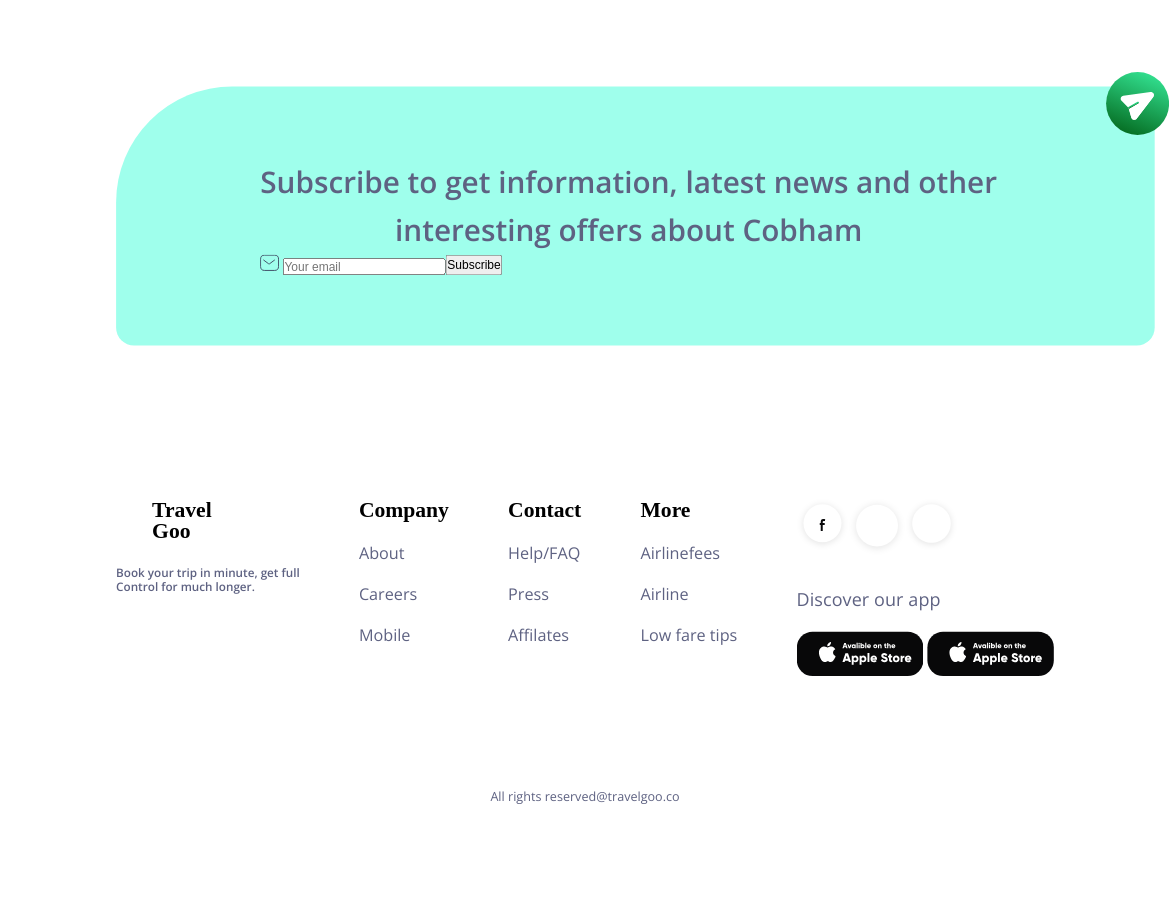
Repository: HeybetzadeQedim/task-5
Page: index.html
These files come from the project's save history. The page is drawn as it stood at one moment and after the next save; the edit follows.
The browser window is 1280 px wide. The page is 1299 px wide, so the pictures cover 1299 px, including what lies to the right of the window. The pictures show the whole page, at 90% of full size.
Some web fonts or font styles are not loaded; a fallback is used.

Above is the page before, as saved 2023-10-16 16:16:24.

After the next save:
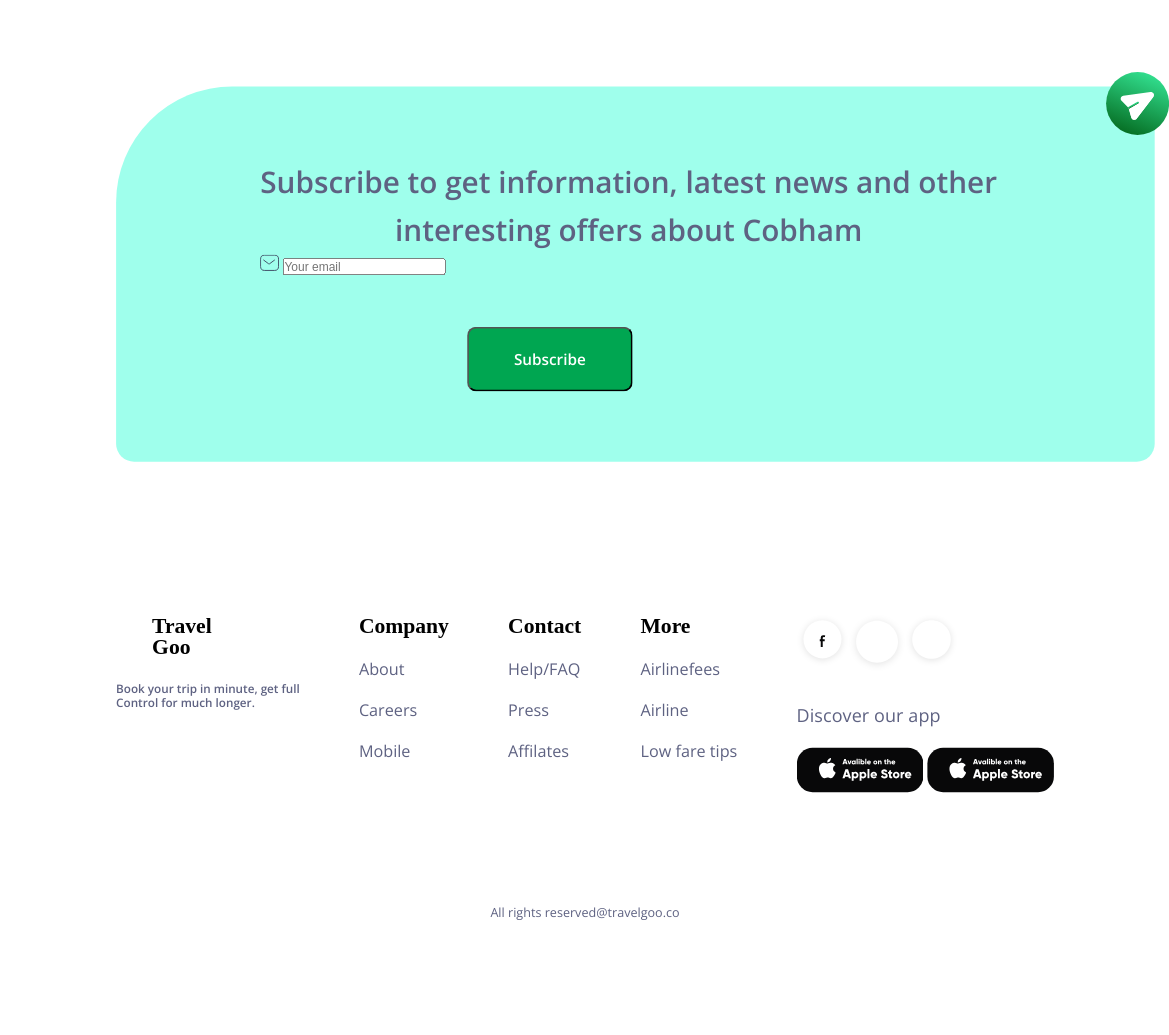
Saved 7 s later.
--- a/index.css
+++ b/index.css
@@ -152,3 +152,19 @@ ul li {
 form{
   display: flex;
 }
+
+form button{
+  margin-top: 80px;
+  margin-left: 24px;
+  padding: 22px 50px 23px 50px;
+  border-radius: 10px;
+  background-color: #00a651;
+  display: inline-block;
+  color: var(--white, #fff);
+  text-align: center;
+  font-family: Open Sans;
+  font-size: 17px;
+  font-style: normal;
+  font-weight: 600;
+  line-height: normal;
+}
